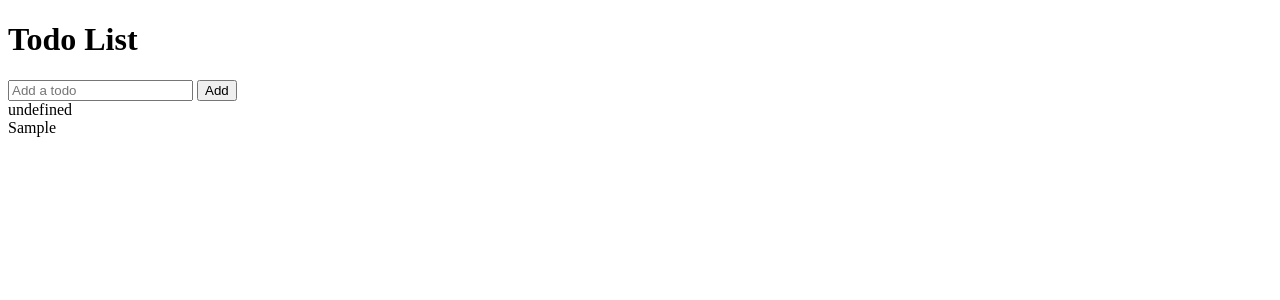
Repository: ble-syn/Todo-list
Page: index.html
These files come from the project's save history. The page is drawn as it stood at one moment and after the next save; the edit follows.
The browser window is 1280 px wide. The pictures show the whole page.
Empty fields were first filled with sample values (such as "Sample", 5 or name@example.com).
After loading, the first visible `button` was clicked once.

Above is the page before, as saved 2022-10-19 21:42:35.

After the next save:
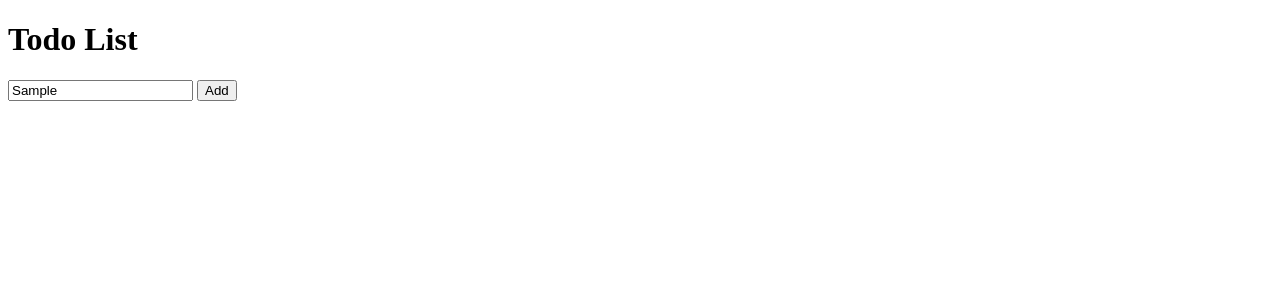
Console error: TypeError: getLocalStorage.forEach is not a function
Saved 31 s later.
--- a/app.js
+++ b/app.js
@@ -9,7 +9,7 @@
 
     let items;
     const getLocalStorage = localStorage.getItem("todos");
-    todoArray.forEach((element) => {
+    getLocalStorage.forEach((element) => {
         items +=
         `
             <li style="display: flex; justify-content: space-between; width: 200px;">

After the 4 saves that followed:
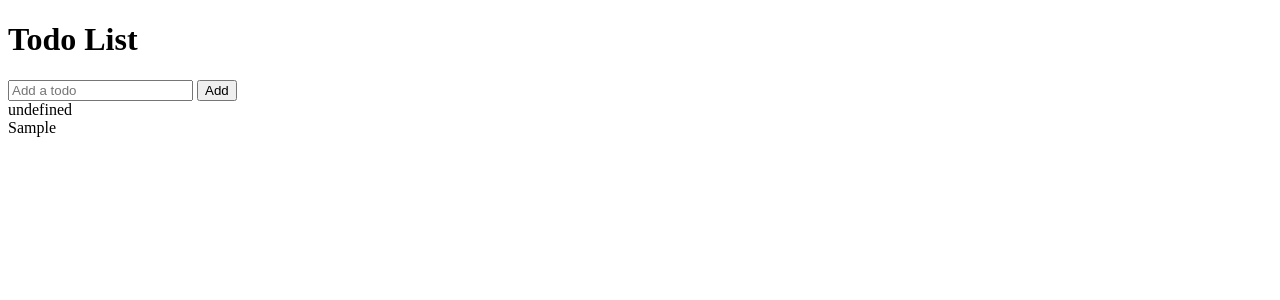
The error is gone.
The 4 saves are shown as one change because 3 left the picture as it was.
The last was saved 10 min 25 s later.
--- a/app.js
+++ b/app.js
@@ -1,42 +1,39 @@
-const todo = document.querySelector('input');
-const button = document.querySelector('button');
-let todoList = document.querySelector('#list');
+const todo = document.querySelector("input");
+const button = document.querySelector("button");
+let todoList = document.querySelector("#list");
 
 let todoArray = [];
 
+function render() {
+  let items;
+  const getLocalStorage = JSON.parse(localStorage.getItem("todos"));
 
-function render (){
-
-    let items;
-    const getLocalStorage = localStorage.getItem("todos");
-    getLocalStorage.forEach((element) => {
-        items +=
-        `
+  getLocalStorage.forEach((element) => {
+    items += `
             <li style="display: flex; justify-content: space-between; width: 200px;">
                 <span>${element}</span>
 
             </li>
-        `
-    });
-    todoList.innerHTML = items
+        `;
+  });
+  todoList.innerHTML = items;
 }
 
-function delFunc(index){
-    todoArray.splice(index, 1)
-    render()
+function delFunc(index) {
+  todoArray.splice(index, 1);
+  render();
 }
 
-button.addEventListener('click', () => {
-    const value = todo.value;
-    if (value === ""){
-        return
-    }
-    todoArray.push(value);
-    localStorage.setItem("todos", todoArray);
+button.addEventListener("click", () => {
+  const value = todo.value;
+  if (value === "") {
+    return;
+  }
+  todoArray.push(value);
+  localStorage.setItem("todos", JSON.stringify(todoArray));
 
-    render();
-    todo.value = "";
-
+  render();
+  todo.value = "";
 });
 
 // localStorage.setItem("lastname", "Smith");
